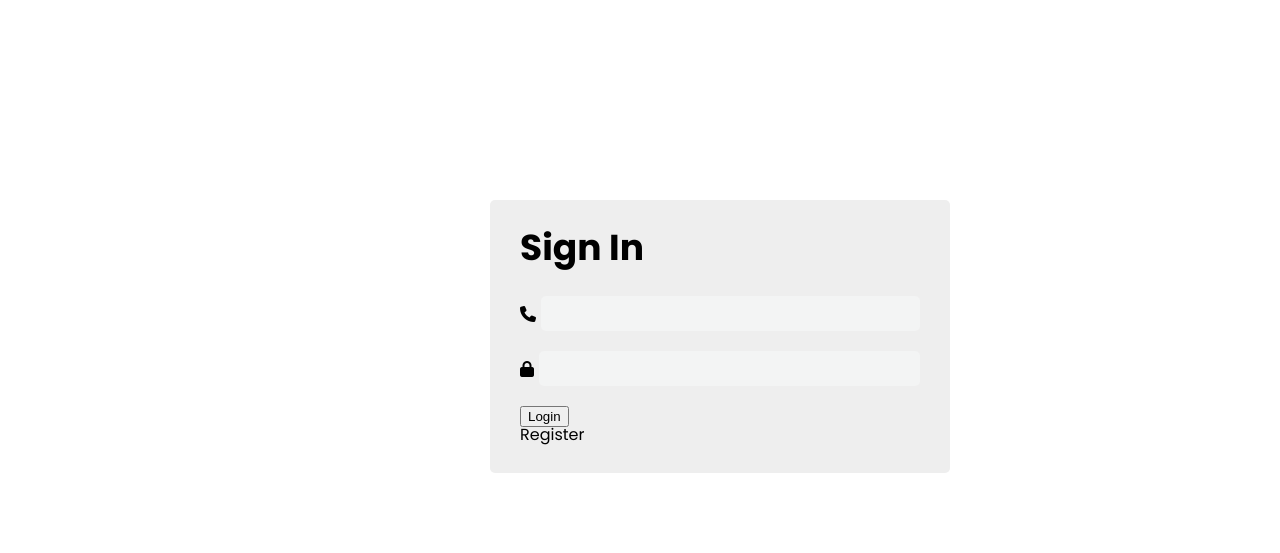
Repository: haphuocsang1801/github-group4
Page: login.html
These files come from the project's save history. The page is drawn as it stood at one moment and after the next save; the edit follows.
The browser window is 1280 px wide. The pictures show the whole page.
Some web libraries are served in a nearby version. The style sheet was rebuilt from its Sass, Less or Tailwind sources for each picture, by a compiler version that may differ from the author's.

Above is the page before, as saved 2021-09-17 16:33:49.

### login.html
<!DOCTYPE html>
<html lang="en">
  <head>
    <meta charset="UTF-8" />
    <meta http-equiv="X-UA-Compatible" content="IE=edge" />
    <meta name="viewport" content="width=device-width, initial-scale=1.0" />
    <link
      href="https://fonts.googleapis.com/css2?family=Poppins:wght@300;400;700&display=swap"
      rel="stylesheet"
    />
    <script
      src="https://kit.fontawesome.com/85150e2613.js"
      crossorigin="anonymous"
    ></script>
    <link rel="stylesheet" href="./css/reset.css" />
    <link rel="stylesheet" href="./css/style.css" />
    <title>Document</title>
  </head>
  <body>
    <div class="container-login">
     <div class="login-main">
        <form action="" method="post">
          <div class="login-title">Sign In</div>
          <div class="login-item">
            <i class="fas fa-phone"></i>
            <input type="text" class="login-input" />
          </div>
          <div class="login-item">
            <i class="fas fa-lock"></i>
            <input type="text" class="login-input" />
          </div>
          <div class="login-submit">
            <input type="submit" class="btn" value="Login" />
          </div>
          <div class="login-register">Register</div>
        </form>
     </div>
    </div>
  </body>
</html>

### css/reset.css
/* http://meyerweb.com/eric/tools/css/reset/
   v2.0 | 20110126
   License: none (public domain)
*/
/*
<link rel="preconnect" href="https://fonts.googleapis.com">
<link rel="preconnect" href="https://fonts.gstatic.com" crossorigin>
<link href="https://fonts.googleapis.com/css2?family=Poppins:wght@300;400;700&display=swap" rel="stylesheet">
*/
html, body, div, span, applet, object, iframe,
h1, h2, h3, h4, h5, h6, p, blockquote, pre,
a, abbr, acronym, address, big, cite, code,
del, dfn, em, img, ins, kbd, q, s, samp,
small, strike, strong, sub, sup, tt, var,
b, u, i, center,
dl, dt, dd, ol, ul, li,
fieldset, form, label, legend,
table, caption, tbody, tfoot, thead, tr, th, td,
article, aside, canvas, details, embed,
figure, figcaption, footer, header, hgroup,
menu, nav, output, ruby, section, summary,
time, mark, audio, video {
	margin: 0;
	padding: 0;
	border: 0;
	font-size: 100%;
	font: inherit;
	vertical-align: baseline;
}
/* HTML5 display-role reset for older browsers */
article, aside, details, figcaption, figure,
footer, header, hgroup, menu, nav, section {
	display: block;
}
body {
	line-height: 1;
	font-family: 'Poppins', sans-serif;
}
ol, ul {
	list-style: none;
}
blockquote, q {
	quotes: none;
}
blockquote:before, blockquote:after,
q:before, q:after {
	content: '';
	content: none;
}
table {
	border-collapse: collapse;
	border-spacing: 0;
}

### scss/style.scss
@import "variable";
@import "base";
@import "header";
@import "footer";
@import "login";

### scss/_variable.scss
$gray-dark:#272E35;
$primary-color:#E2783C;
$background:#fcf9f6;
$background-input:#f3f4f4;

### scss/_base.scss
.wrapper{
    max-width: 1440px;
    margin: 0 auto;
}
 .container-login{

   width: 300px;
   margin: 0 auto;
   margin-top: 200px;
 }

.button{
    transition: all 0.2s linear;
    display: inline-block;
    font-size: 16px;
    color: $gray-dark;
    padding: 20px 30px;
    border-radius: 10px;
    outline: none;
    cursor: pointer;
    background-color: transparent;
    line-height: normal;
    text-decoration: none;
    &--primary{
      color: white;
      background-color: $primary-color;
    }

}

### scss/_header.scss
.header {
  padding-top: 43px;
  display: flex;
  align-items: center;
  justify-content: space-between;
  &-logo {
    &-image {
      width: 235px;
    }
  }
  &-menu {
    display: flex;
    align-items: center;
    gap: 60px;
    &-product{
        display: flex;
        align-items: center;
        gap: 5px;
    }
    &-child{
        position: absolute;
        top:30px;
        width: 170px;
        display: flex;
        flex-direction: column;
        gap: 35px;
        background-color: $background;
        border-radius: 5px;
        padding: 20px 10px;
        opacity: 0;
        visibility: hidden;
        transition: all 0.25s;
    }
    &-item {
        position: relative;
      a {
        color: $gray-dark;
        text-decoration: none;
        &:hover {
          color: $primary-color;
          transition: color 0.2s ease-in-out;
        }
      }
    }
  }
  &-cart{
      font-size: 35px;
      cursor: pointer;
      :hover{
          color: $primary-color;
      }
  }
  &-search {
    padding: 10px;
    background-color: #f3f4f4;
    border-radius: 8px;
    display: flex;
    margin-right: -20px;
    transition: all 0.25s linear;
    &:hover {
      background-color: white;
      -webkit-box-shadow: 0px 0px 25px 0px rgba(226, 120, 60, 0.8);
      -moz-box-shadow: 0px 0px 25px 0px rgba(226, 120, 60, 0.8);
      box-shadow: 0px 0px 25px 0px rgba(226, 120, 60, 0.8);
    }
    &-icon {
      font-size: 30px;
      cursor: pointer;
    }
    input {
      width: 120px;
      font-size: 15px;
      width: inherit;
      padding: 10px 0;
      border: 0;
      border-radius: #f3f4f4;
      background-color: inherit;
      outline: none;
    }
  }
}
.hover:hover .header-menu-child{
    opacity: 1;
    visibility: visible;

}

### scss/_footer.scss
.footer {
  margin-top: 500px;
  padding: 40px 40px;
  background-color: $background;
  &-main {
    display: grid;
    grid-template-columns: repeat(2, 1fr);
    gap: 50px;
  }
  &-logo {
    display: inline-block;
    margin-bottom: 50px;
  }
  &-desc {
    font-size: 16px;
    margin-bottom: 40px;
    line-height: 1.5;
  }
  .social {
    display: flex;
    align-items: center;
    gap: 0 30px;
  }
  .social-item {
    cursor: pointer;
    color: $gray-dark;
    &:hover {
      color: $primary-color;
    }
  }
  &-heading {
    font-size: 18px;
    color: $gray-dark;
    margin-bottom: 40px;
    font-weight: bold;
  }
  &-links {
    list-style: none;
  }
  &-item {
    margin-bottom: 30px;
  }
  &-link {
    display: inline-block;
    color: $gray-dark;
  }
  &-info {
    list-style: none;
    margin-bottom: 40px;
  }
  &-info li {
    margin-bottom: 15px;
    line-height: 1.6;
  }
  &-highlight {
    color: white;
  }
  &-bottom {
    background-color: $gray-dark;
    line-height: 1.6;
  }
  &-bottom a {
    text-decoration: inherit;
    color: white;
  }
}

### scss/_login.scss
.login {
  &-title {
    font-size: 36px;
    font-weight: bold;
    margin-bottom: 30px;
  }
  &-item {
    display: flex;
    align-items: center;
    gap: 5px;
    margin-bottom: 20px;
  }
  &-input{
    width: 100%;
    outline: none;
    border: 0;
    padding: 10px 0;
    background-color: $background-input;
    border-radius: 5px;
  }
  &-main{
      width: 400px;
      height: auto;
      padding: 30px;
      align-items: center;
      background-color: #eee;
      margin: 0 auto;
      border-radius: 5px;
  }
  &-submit{
    font-family: 'Poppins', sans-serif;
    width: 30px;
  }
}

After the next save:
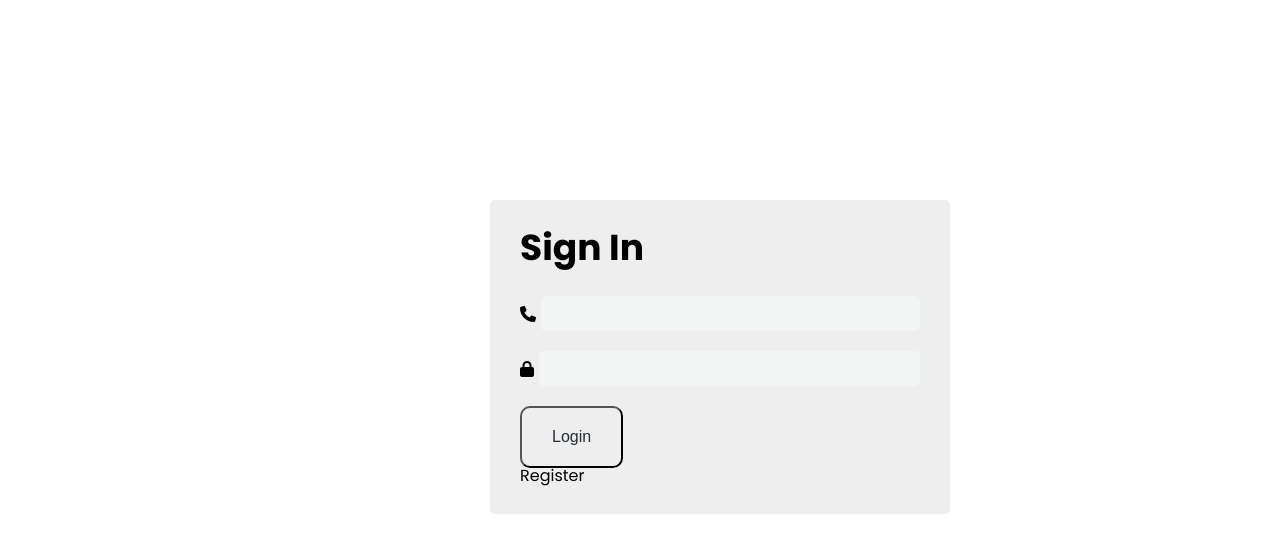
Saved 67 s later.
--- a/login.html
+++ b/login.html
@@ -30,7 +30,7 @@
             <input type="text" class="login-input" />
           </div>
           <div class="login-submit">
-            <input type="submit" class="btn" value="Login" />
+            <input type="submit" class="button" value="Login" />
           </div>
           <div class="login-register">Register</div>
         </form>
